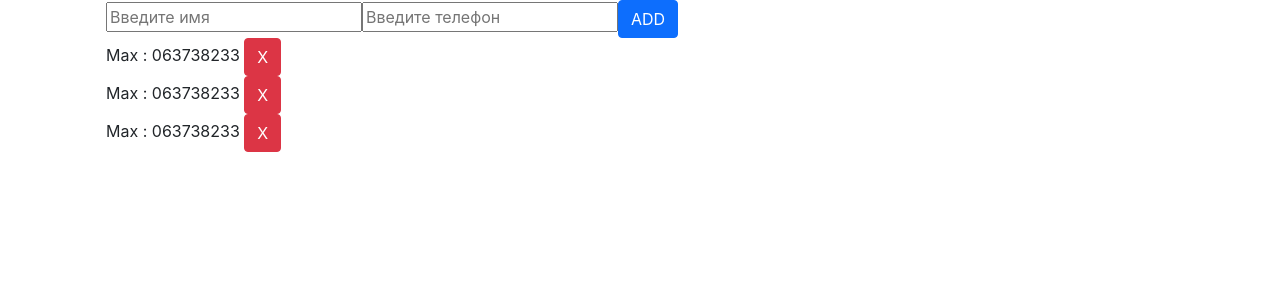
Repository: tsydikov/phone_book
Page: /
The author's editor kept a copy of each file at every save. The page is drawn from the files as they stood at one save, then again after the next save.
The browser window is 1280 px wide. The pictures show the whole page.
The project was rebuilt for these pictures with package versions that can differ from the ones it lists, and the page was loaded fresh each time. Also part of the build but not shown: src/App.css.

Above is the page before, as saved 2021-10-07 20:43:24.

### public/index.html
<!DOCTYPE html>
<html lang="en">
  <head>
    <meta charset="utf-8" />
    <meta name="viewport" content="width=device-width, initial-scale=1" />
    <meta name="theme-color" content="#000000" />
    <link
      rel="stylesheet"
      href="https://cdn.jsdelivr.net/npm/bootstrap@5.1.1/dist/css/bootstrap.min.css"
      integrity="sha384-F3w7mX95PdgyTmZZMECAngseQB83DfGTowi0iMjiWaeVhAn4FJkqJByhZMI3AhiU"
      crossorigin="anonymous"
    />
    <title>Briz test</title>
  </head>
  <body>
    <noscript>You need to enable JavaScript to run this app.</noscript>
    <div id="root"></div>
  </body>
</html>

### src/index.js
import React from "react";
import ReactDOM from "react-dom";
import "./index.css";
import App from "./App";
import { Provider } from "react-redux";
import { store } from "./store/reducer";



ReactDOM.render(
  <Provider store={store}>
    <App />
  </Provider>,
  document.getElementById("root")
);

### src/App.js
import React from "react";
import { Button, Col, Container, Row } from "react-bootstrap";
import { useDispatch, useSelector } from "react-redux";
import "./App.css";
import Form from "./components/Form";
import PhoneList from "./components/PhoneList";

function App() {
  const disatch = useDispatch();
  const phoneBook = useSelector((state) => state.phoneBook);
  return (
    <Container>
      <Row>
        <Col>
          <Form />
        </Col>
      </Row>
      <Row>
        <Col>
          <PhoneList />
        </Col>
      </Row>
    </Container>
  );
}

export default App;

### src/store/reducer.js
import { createStore } from "redux";
import { CREATE, DELETE, UPDATE } from "./types";

const defaultState = {
  phoneBook: [
    { id: 1, name: "Max", phoneNamber: "063738233" },
    { id: 2, name: "Max", phoneNamber: "063738233" },
    { id: 3, name: "Max", phoneNamber: "063738233" },
  ],
};

const reducer = (state = defaultState, action) => {
  switch (action.type) {
    case CREATE:
      return { ...state, phoneBook: [...state.phoneBook, action.payload] };
    case DELETE:
      return {
        ...state,
        phoneBook: state.phoneBook.filter(
          (phone) => phone.id !== action.payload
        ),
      };
    case UPDATE:
      return state;
    default:
      return state;
  }
};

export const store = createStore(reducer);

### src/components/Form.jsx
import React, { useState } from "react";
import { Button, Container } from "react-bootstrap";
import { useDispatch } from "react-redux";
import { addItem } from "../store/actions";

const Form = () => {
  const [name, setName] = useState("");
  const [phone, setPhone] = useState("");
  const dispatch = useDispatch();
  const addNewPhoneBookItem = () => {
    const newItem = {
      id: Date.now(),
      name: name,
      phoneNamber: phone,
    };
    if (name && phone) {
      dispatch(addItem(newItem));
      setName("");
      setPhone("");
    } else alert('поле имя и телефон должно быть заполнено')
  };
  return (
    <Container>
      <input
      type="text"
        value={name}
        placeholder="Введите имя"
        onChange={(e) => setName(e.target.value)}
      />
      <input
      type="number"
        value={phone}
        placeholder="Введите телефон"
        onChange={(e) => setPhone(e.target.value)}
      />
      <Button onClick={addNewPhoneBookItem}>ADD</Button>
    </Container>
  );
};

export default Form;

### src/components/PhoneList.jsx
import React from 'react';
import { useSelector } from 'react-redux';
import PhoneItem from './PhoneItem';

const PhoneList = () => {
    const phoneBook = useSelector((state) => state.phoneBook);
    return (
        <div>
            {phoneBook.map(phone =>
                <PhoneItem key={phone.id} phone={phone} />
            )}

        </div>
    );
};

export default PhoneList;

### src/store/types.js
export const CREATE = "CREATE";
export const UPDATE = "UPDATE";
export const DELETE = "DELETE";

### src/store/actions.js
import { CREATE, DELETE, UPDATE } from "./types";

export const addItem = (item) => ({ type: CREATE, payload: item });
export const deleteItem = (id) => ({ type: DELETE, payload: id });
export const updateItem = (item) => ({ type: UPDATE, payload: item });

### src/components/PhoneItem.jsx
import React from "react";
import { Button, Col, Container, Row } from "react-bootstrap";
import { useDispatch } from "react-redux";
import { deleteItem } from "../store/actions";

const PhoneItem = ({phone}) => {
    const dispatch = useDispatch();
    const deletePhoneBookItem = () => {
        dispatch(deleteItem(phone.id))
    }
  return (
    <Container>
      <Row>
        <Col>{phone.name} : {phone.phoneNamber} <Button variant="danger" onClick={deletePhoneBookItem}>X</Button></Col>
      </Row>
    </Container>
  );
};

export default PhoneItem;

Loaded but not shown: src/index.css (common file)

After the next save:
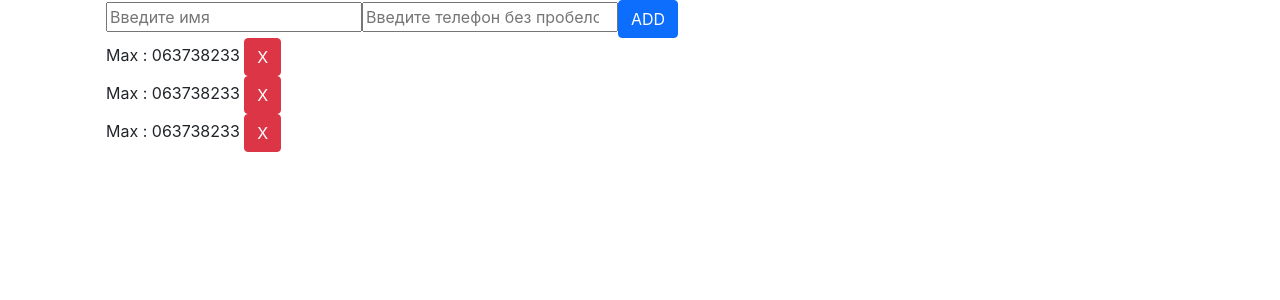
Saved 67 s later.
--- a/src/components/Form.jsx
+++ b/src/components/Form.jsx
@@ -30,7 +30,7 @@
       <input
       type="number"
         value={phone}
-        placeholder="Введите телефон"
+        placeholder="Введите телефон без пробелов, только цифры"
         onChange={(e) => setPhone(e.target.value)}
       />
       <Button onClick={addNewPhoneBookItem}>ADD</Button>

After the save that followed:
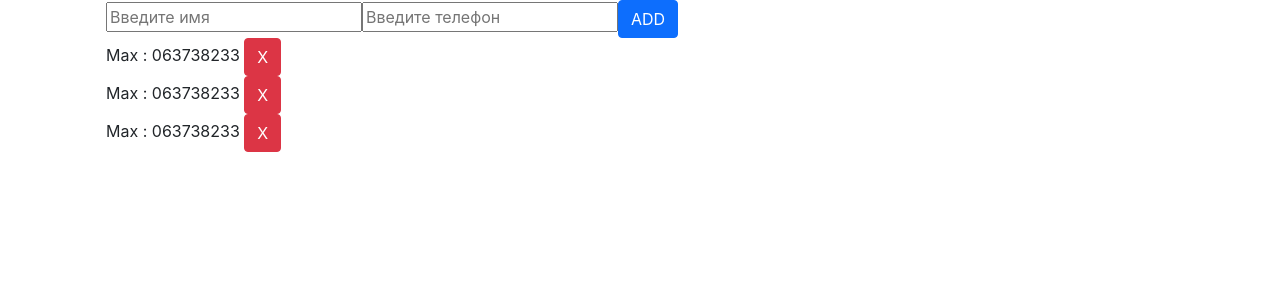
Saved 20 s later.
--- a/src/components/Form.jsx
+++ b/src/components/Form.jsx
@@ -30,7 +30,7 @@
       <input
       type="number"
         value={phone}
-        placeholder="Введите телефон без пробелов, только цифры"
+        placeholder="Введите телефон"
         onChange={(e) => setPhone(e.target.value)}
       />
       <Button onClick={addNewPhoneBookItem}>ADD</Button>
